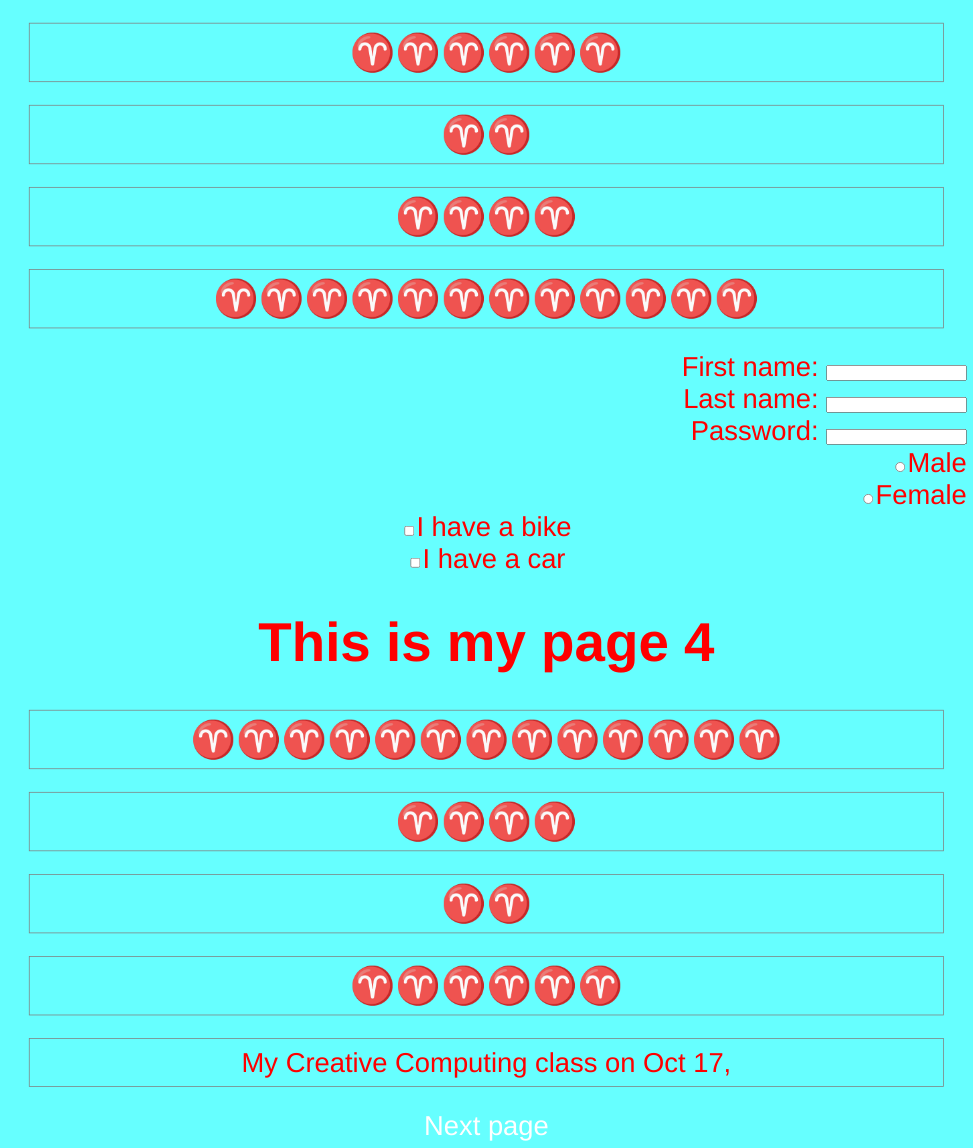
Repository: jangj879/jangj879.github.io
Page: 4_page.html
The author's editor kept a record of every edit. The page is drawn from the files as they stood at one moment, then again after the next edit.
The browser window is 1280 px wide. The pictures show the whole page, at 76% of full size.

Above is the page before.

After the next edit:
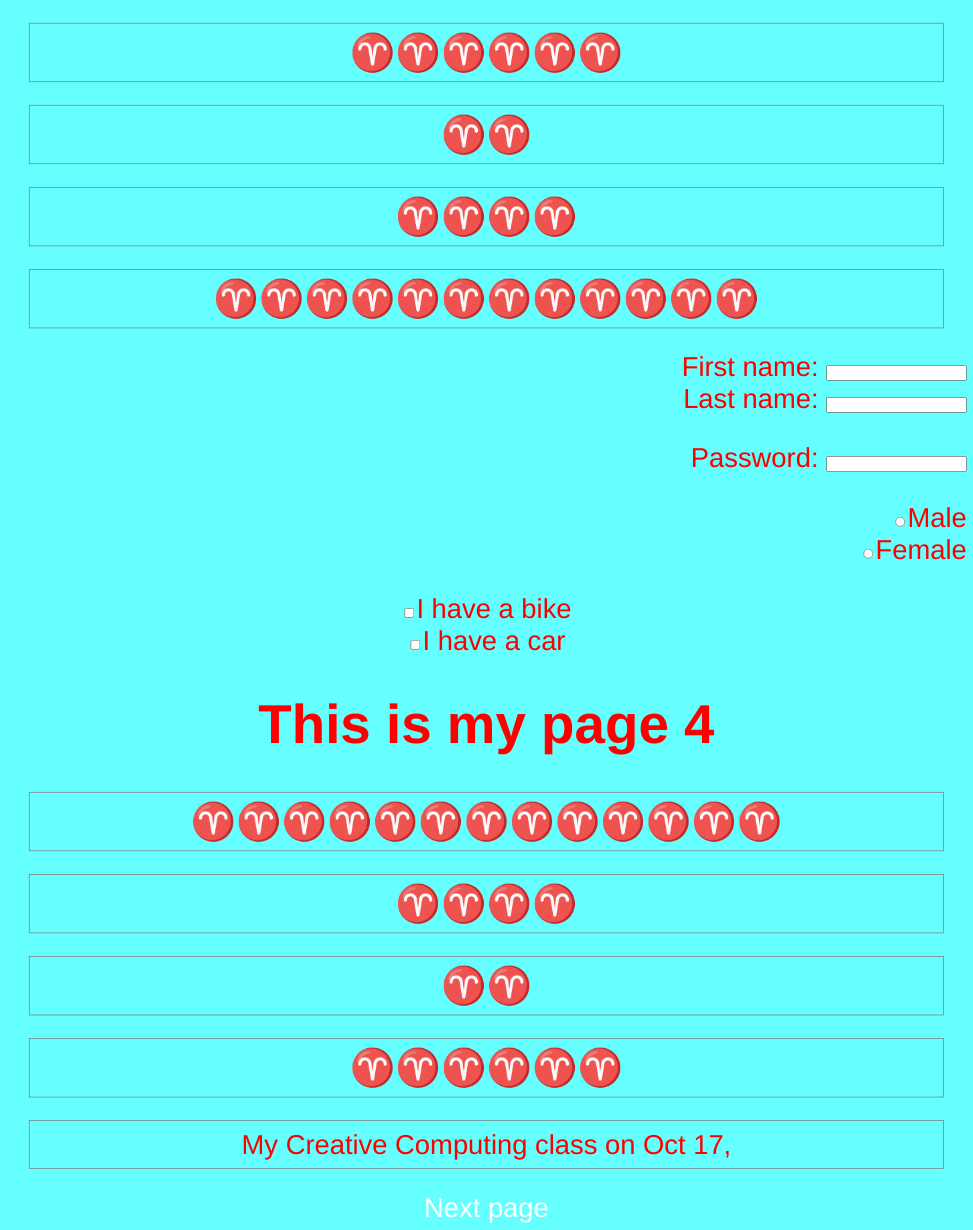
The edit:
--- a/4_page.html
+++ b/4_page.html
@@ -1,7 +1,5 @@
-<!DOCTYPE html PUBLIC "-//W3C//DTD XHTML 1.0 Transitional//EN" "http://www.w3.org/TR/xhtml1/DTD/xhtml1-transitional.dtd">
-<html xmlns="http://www.w3.org/1999/xhtml">
+<html>
 	<head>
-	<meta http-equiv="Content-Type" content="text/html; charset=UTF-8" />
 
 	    <title>My forth page</title>
 
